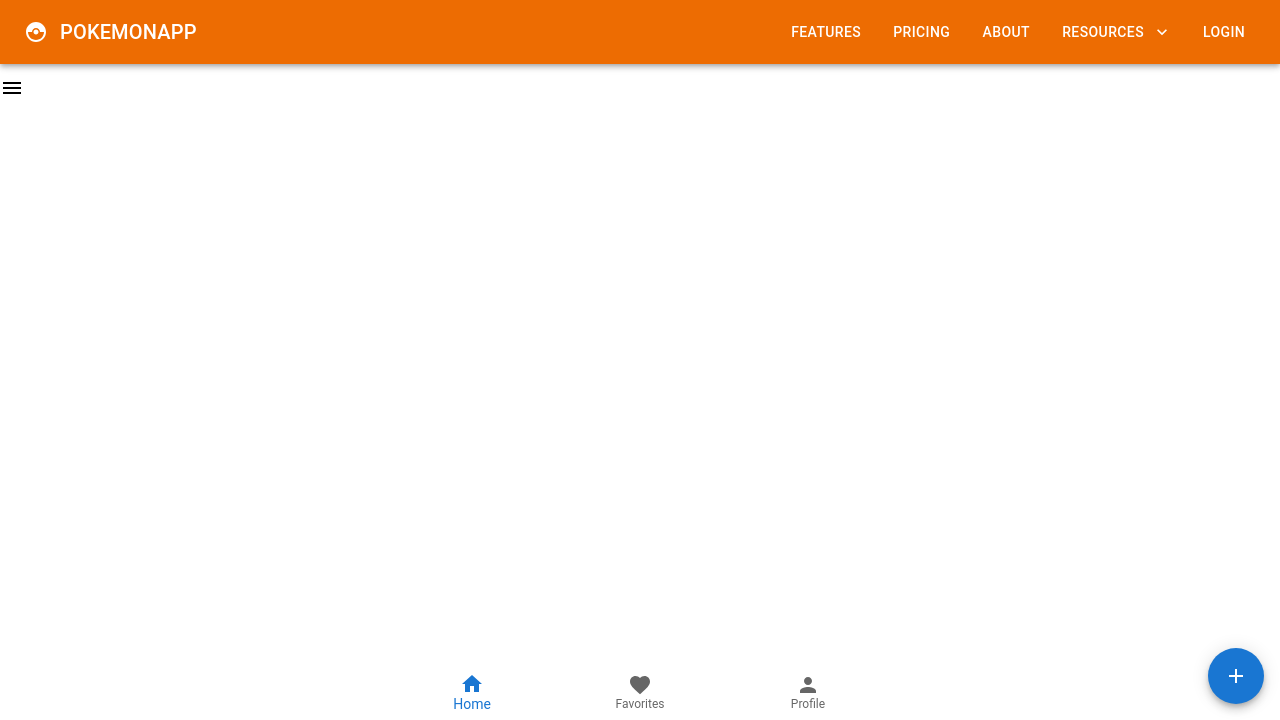
Repository: janidulnkg1/react-mui
Page: / (app in mui-demo/)
These files come from the project's save history. The page is drawn as it stood at one moment and after a run of saves; the edit follows.
The browser window is 1280 px wide. The pictures show the whole page.
The project was rebuilt for these pictures with package versions that can differ from the ones it lists, and the page was loaded fresh each time.

Above is the page before, as saved 2023-11-13 12:05:42.

After the next 8 saves:
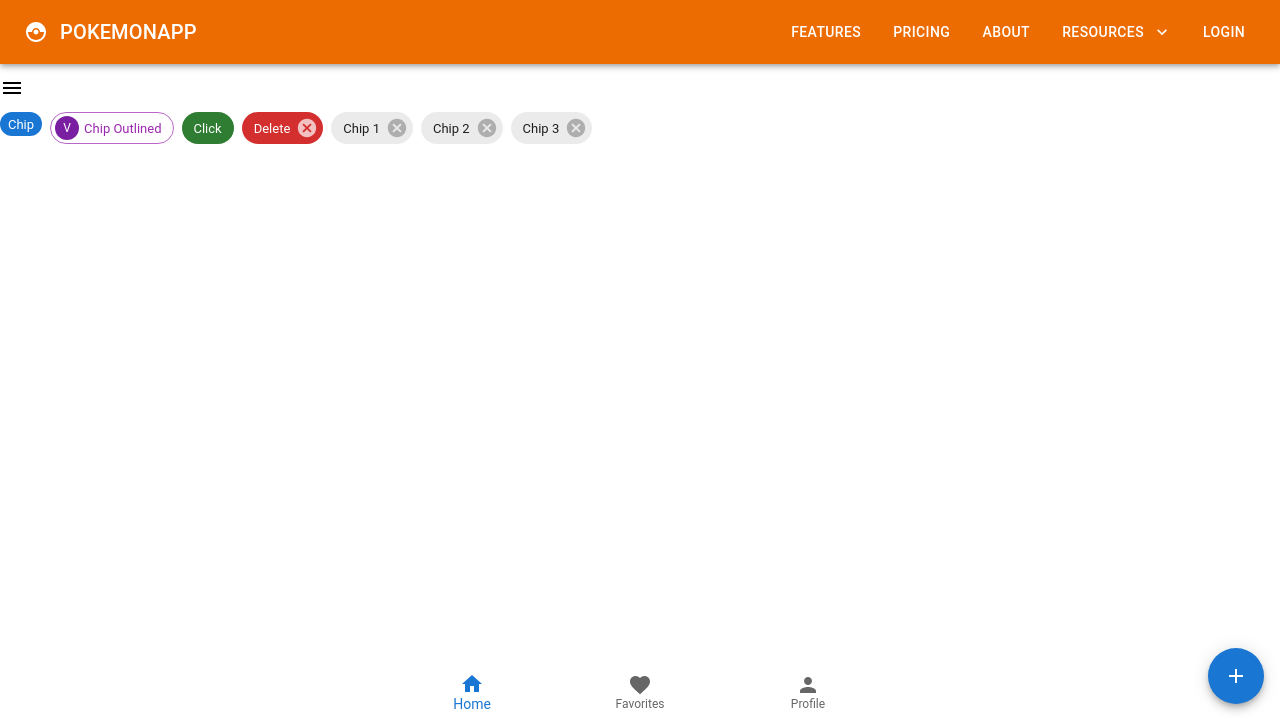
The 8 saves are shown as one change because 2 did not build or start and some came seconds apart.
The last was saved 32 s later.
--- a/mui-demo/src/App.tsx
+++ b/mui-demo/src/App.tsx
@@ -22,6 +22,7 @@ import { MuiDrawer } from './components/MuiDrawer';
 import { MuiSpeedDial } from './components/MuiSpeedDial';
 import { MuiBottomNavigation } from './components/MuiBottomNavigation';
 import { MuiList } from './components/MuiList';
+import { MuiChip } from './components/MuiChip';
 
 function App() {
   return (
@@ -47,6 +48,7 @@ function App() {
       {/*MuiList */}
       <MuiNavbar />
       <MuiDrawer />
+      <MuiChip />
       <MuiSpeedDial />
       <MuiBottomNavigation />
     </div>
